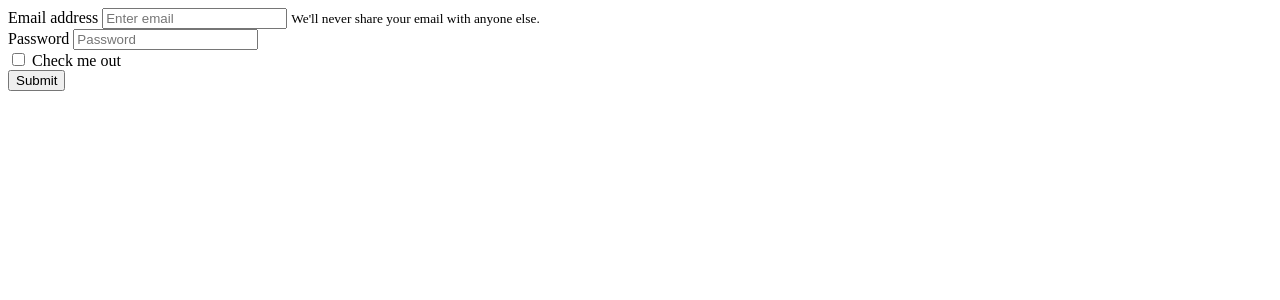
Repository: daniddm/TrabajaDawEcommerce
Page: http://localhost/Ecommerce_SanTierno/carrito.jsp
The author's editor kept a copy of each file at every save. The page is drawn from the files as they stood at one save, then again after the next save.
The browser window is 1280 px wide. The pictures show the whole page.
The page is served by Tomcat 9.

Above is the page before, as saved 2021-12-05 08:05:57.

After the next save:
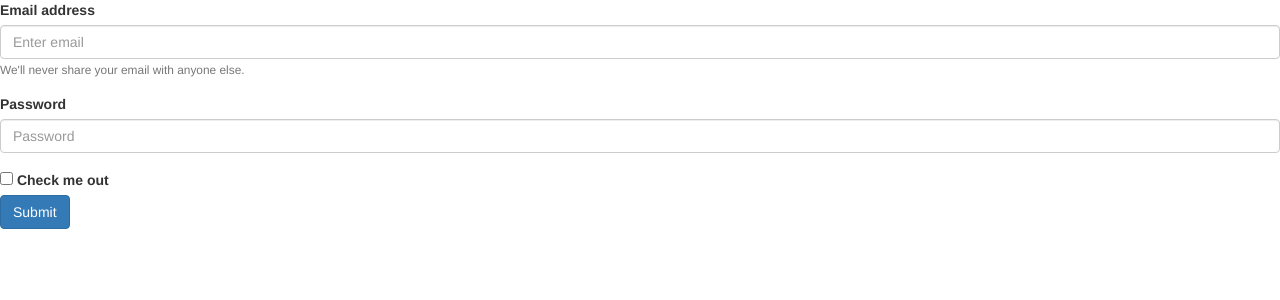
Saved 33 s later.
--- a/Ecommerce_SanTierno/WebContent/carrito.jsp
+++ b/Ecommerce_SanTierno/WebContent/carrito.jsp
@@ -5,6 +5,8 @@
 <!DOCTYPE html>
 <html>
 <head>
+<!-- ver enlace del bootstrap -->
+	<link rel="stylesheet" href="https://maxcdn.bootstrapcdn.com/bootstrap/3.4.1/css/bootstrap.min.css">
 <meta charset="ISO-8859-1">
 <title>Insert title here</title>
 </head>
